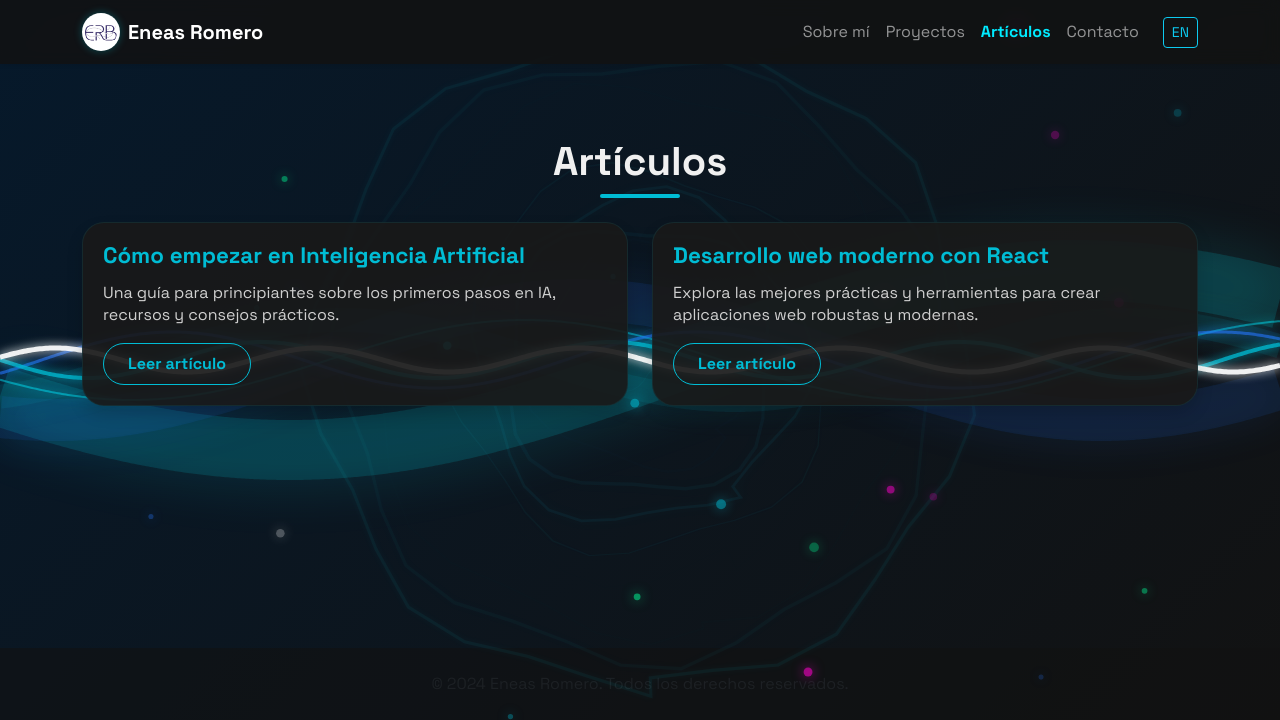
Repository: enerombar/enerombar.github.io
Page: articulos.html
These files come from the project's save history. The page is drawn as it stood at one moment and after the next save; the edit follows.
The browser window is 1280 px wide. The pictures show the whole page.

Above is the page before, as saved 2025-06-27 00:51:17.

After the next save:
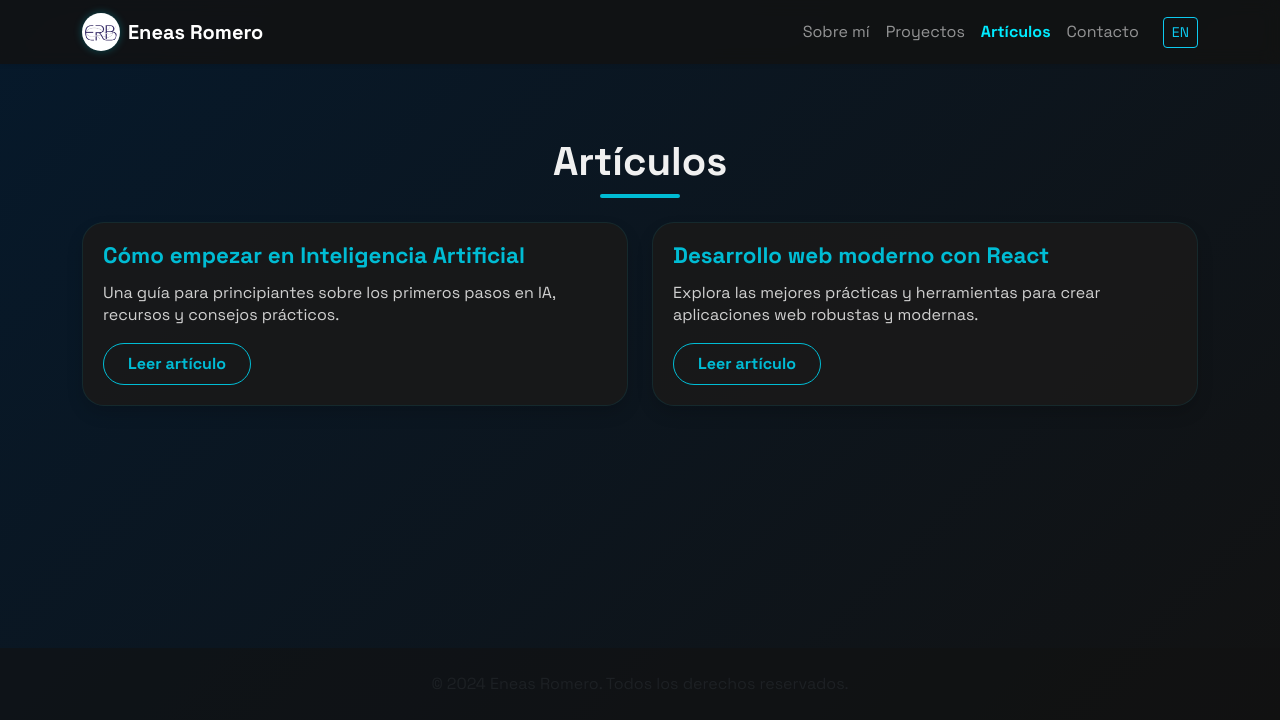
Saved 64 s later.
--- a/articulos.html
+++ b/articulos.html
@@ -9,10 +9,6 @@
   <link href="styles.css" rel="stylesheet" />
 </head>
 <body>
-  <div id="loading-screen">
-    <div class="spinner"></div>
-  </div>
-  <canvas id="background-canvas"></canvas>
   <div class="d-flex flex-column min-vh-100">
     <nav class="navbar navbar-expand-lg navbar-dark bg-dark fixed-top shadow-sm" style="backdrop-filter: blur(8px); background:rgba(18,18,18,0.85)!important;">
       <div class="container">
@@ -83,3 +79,7 @@
   <script src="scripts.js"></script>
 </body>
 </html>
+  <script src="https://cdn.jsdelivr.net/npm/bootstrap@5.3.0/dist/js/bootstrap.bundle.min.js"></script>
+  <script src="scripts.js"></script>
+</body>
+</html>
